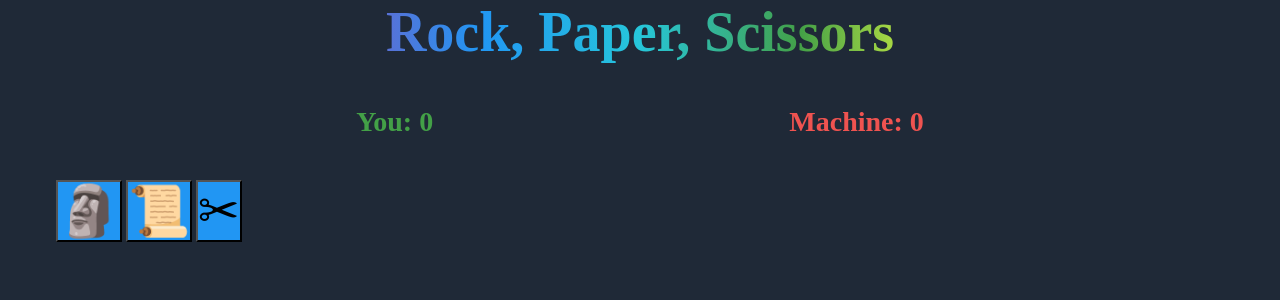
Repository: dung8466/RPS
Page: index.html
An editor plug-in stored every save of this project. The page is shown before and after a run of saves, followed by the edit.
The browser window is 1280 px wide. The pictures show the whole page.

Above is the page before, as saved 2022-07-01 21:19:57.

After the next 2 saves:
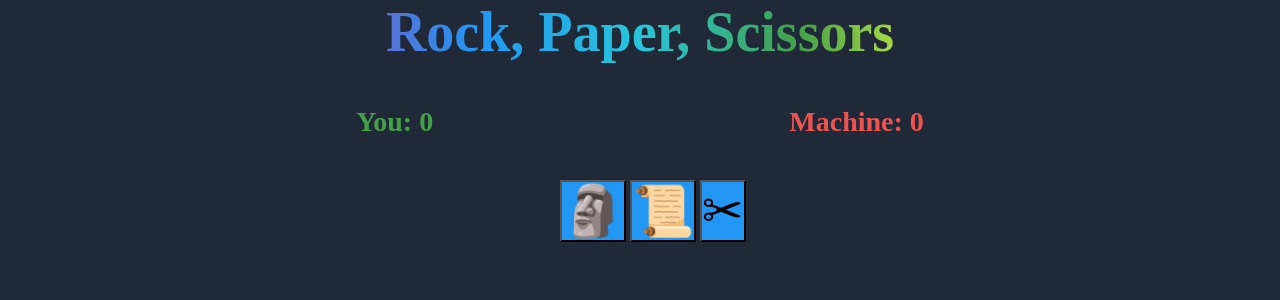
The 2 saves are shown as one change because they came seconds apart.
The last was saved 7 s later.
--- a/style.css
+++ b/style.css
@@ -39,7 +39,7 @@
     color :#ef5350;
 }
 .selections{
-    margin-left: 4em;
+    margin-left: 40em;
 }
 .selection{
     font-size: 50px;
